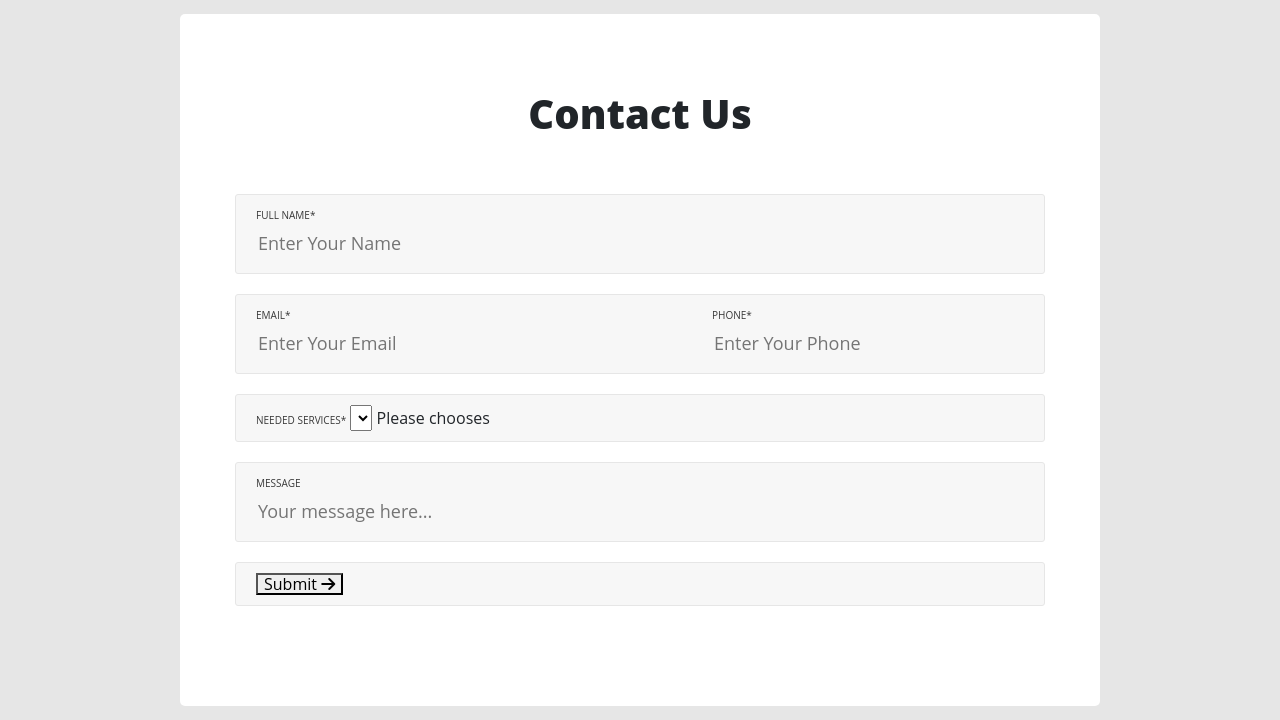
Repository: letrongtinh27/LapTrinhWeb
Page: form-contact/index.html
These files come from the project's save history. The page is drawn as it stood at one moment and after the next save; the edit follows.
The browser window is 1280 px wide. The pictures show the whole page.

Above is the page before, as saved 2022-10-09 11:47:43.

After the next save:
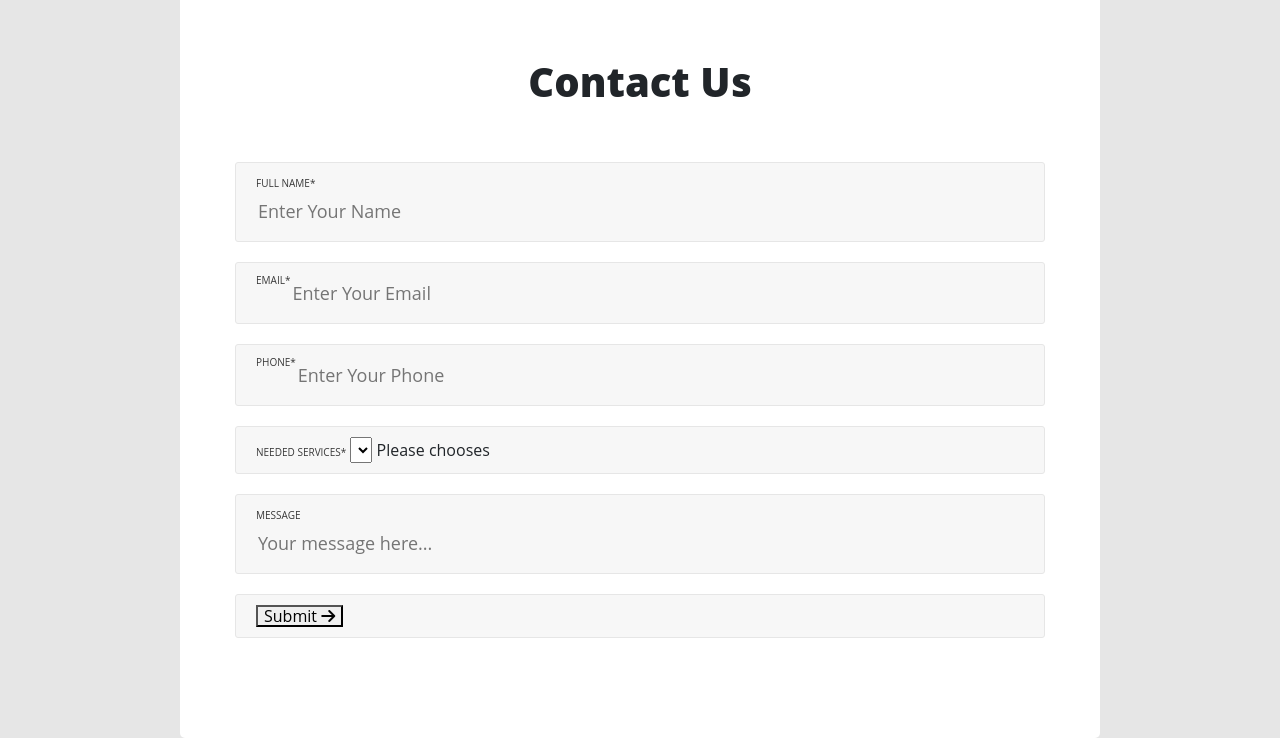
Saved 92 s later.
--- a/form-contact/index.html
+++ b/form-contact/index.html
@@ -18,15 +18,13 @@
                 <label for="">FULL NAME*</label>
                 <input type="text" class="form-input" placeholder="Enter Your Name">
             </div>
-            <div class="form-group form-group-2 ">
-                <div class="alpha">
+            <div class="form-group form-group-2 alpha ">
                 <label for="">EMAIL*</label>
                 <input type="email" class="form-input alpha" placeholder="Enter Your Email">
             </div>
-            <div class="omega">
+            <div class="form-group form-group-2 omega">
                 <label for="">PHONE*</label>
                 <input type="email" class="form-input" placeholder="Enter Your Phone">
-            </div>
             </div>
             <div class="form-group">
                 <label for="">NEEDED SERVICES*</label>
